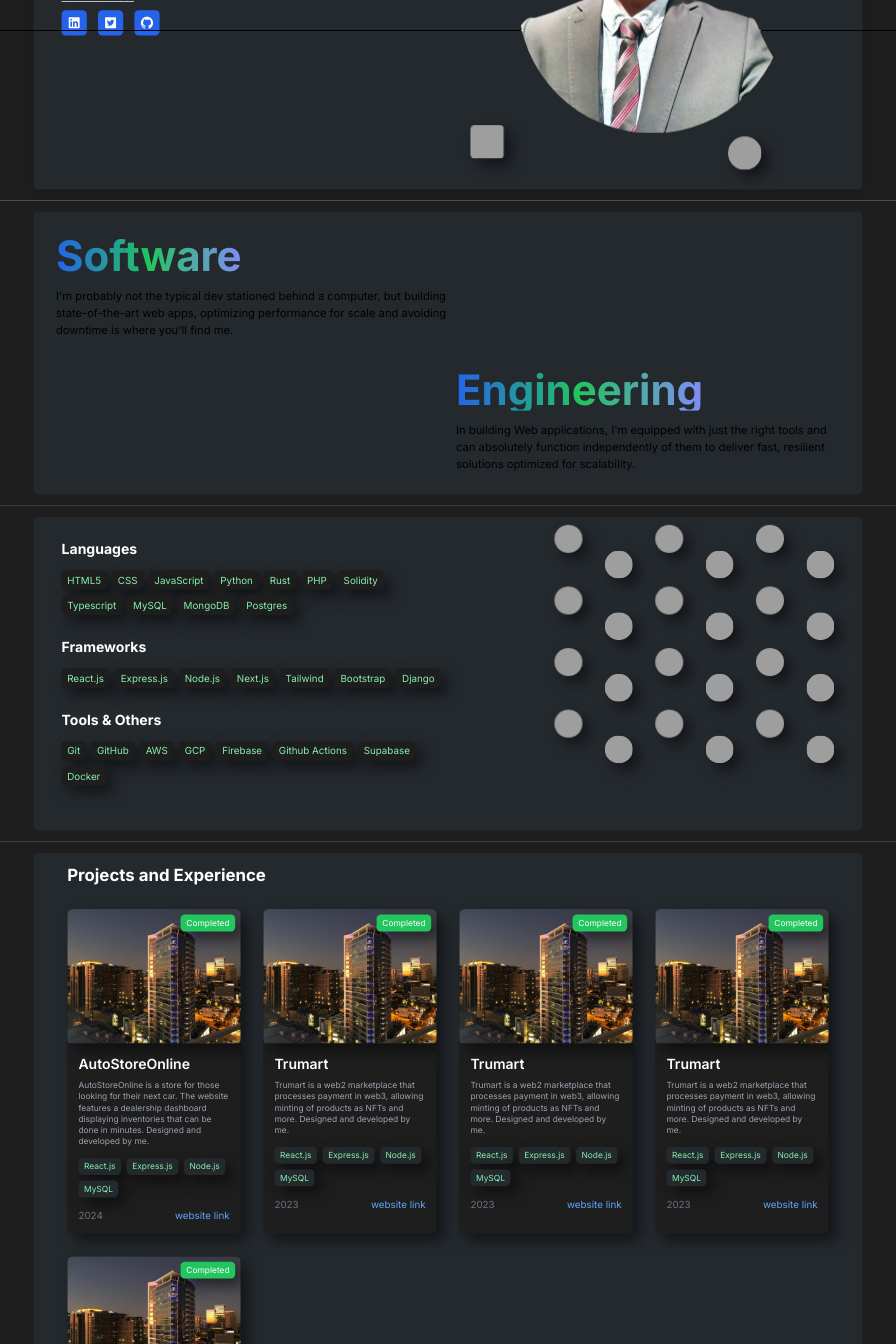
Repository: muhammedctgr/hammedctgr
Page: /
These files come from the project's save history. The page is drawn as it stood at one moment and after the next save; the edit follows.
The browser window is 1280 px wide. The pictures show the part of the page from y = 322 to 2242 px (the page is 2596 px tall), at 70% of full size.
Pictures or frames that could not be fetched are drawn as grey boxes. The project was rebuilt for these pictures with package versions that can differ from the ones it lists, and the page was loaded fresh each time. The framework's server and built-in components were replaced by stand-ins that run in the browser. Also part of the build but not shown: next.config.mjs.

Above is the page before, as saved 2024-08-12 22:56:55.

After the next save:
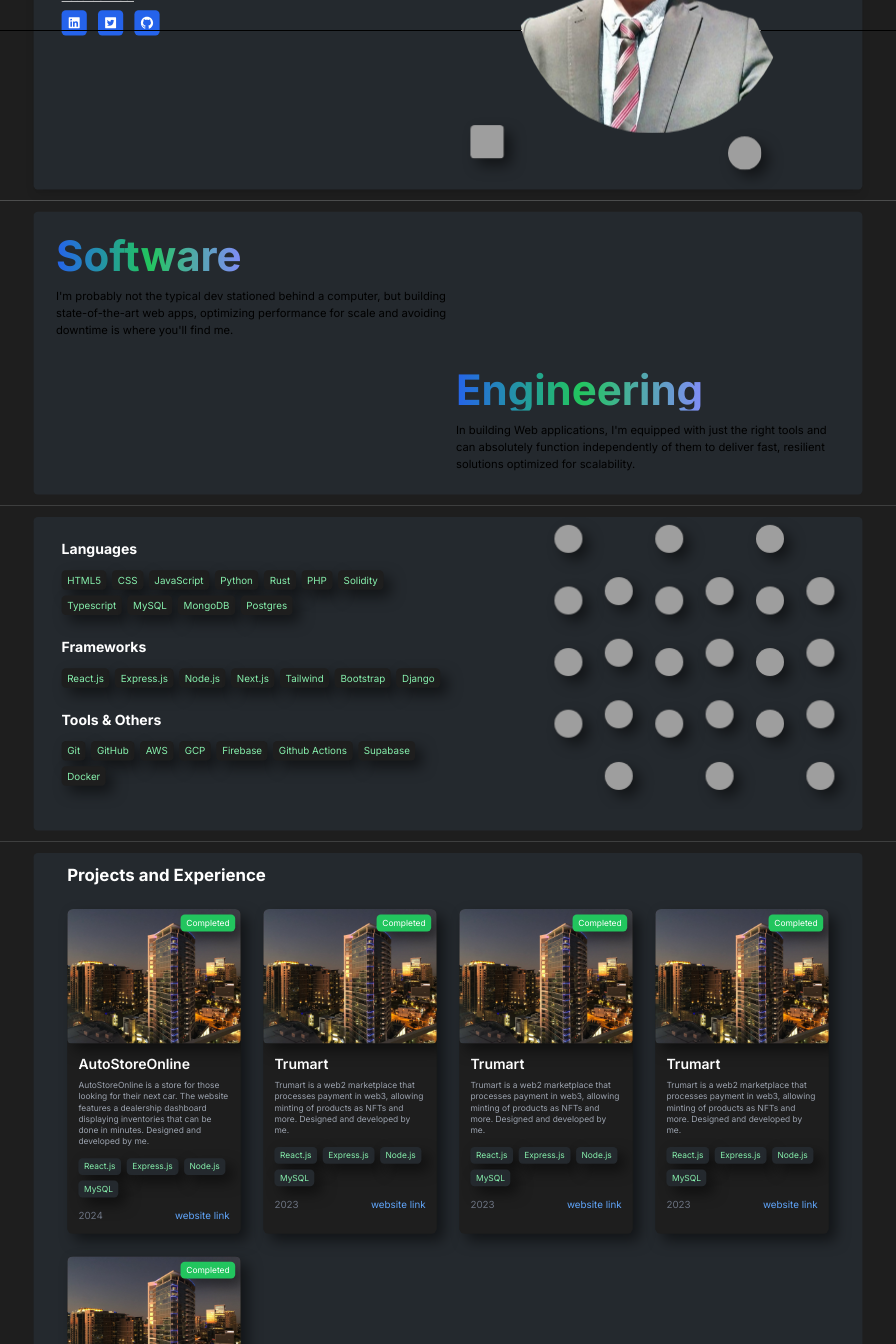
Saved 4 s later.
--- a/app/globals.css
+++ b/app/globals.css
@@ -83,7 +83,7 @@ body {
 }
 
 .animate-scroll-upfast {
-  animation: scroll-upfast s linear infinite;
+  animation: scroll-upfast 3s linear infinite;
 }
 
 .animate-scroll-slow {
